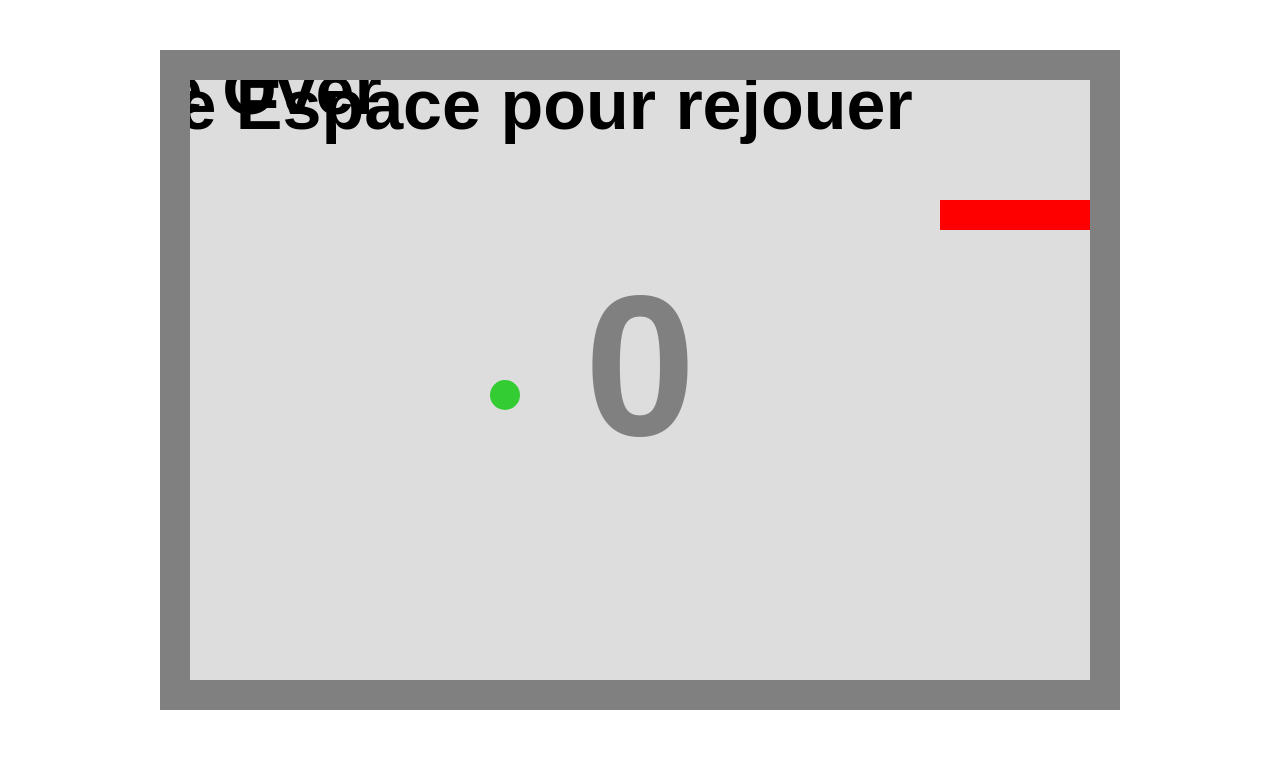
Repository: laben35/snake
Page: index.html
These files come from the project's save history. The page is drawn as it stood at one moment and after the next save; the edit follows.
The browser window is 1280 px wide. The pictures show the whole page.

Above is the page before, as saved 2019-12-08 19:09:49.

After the next save:
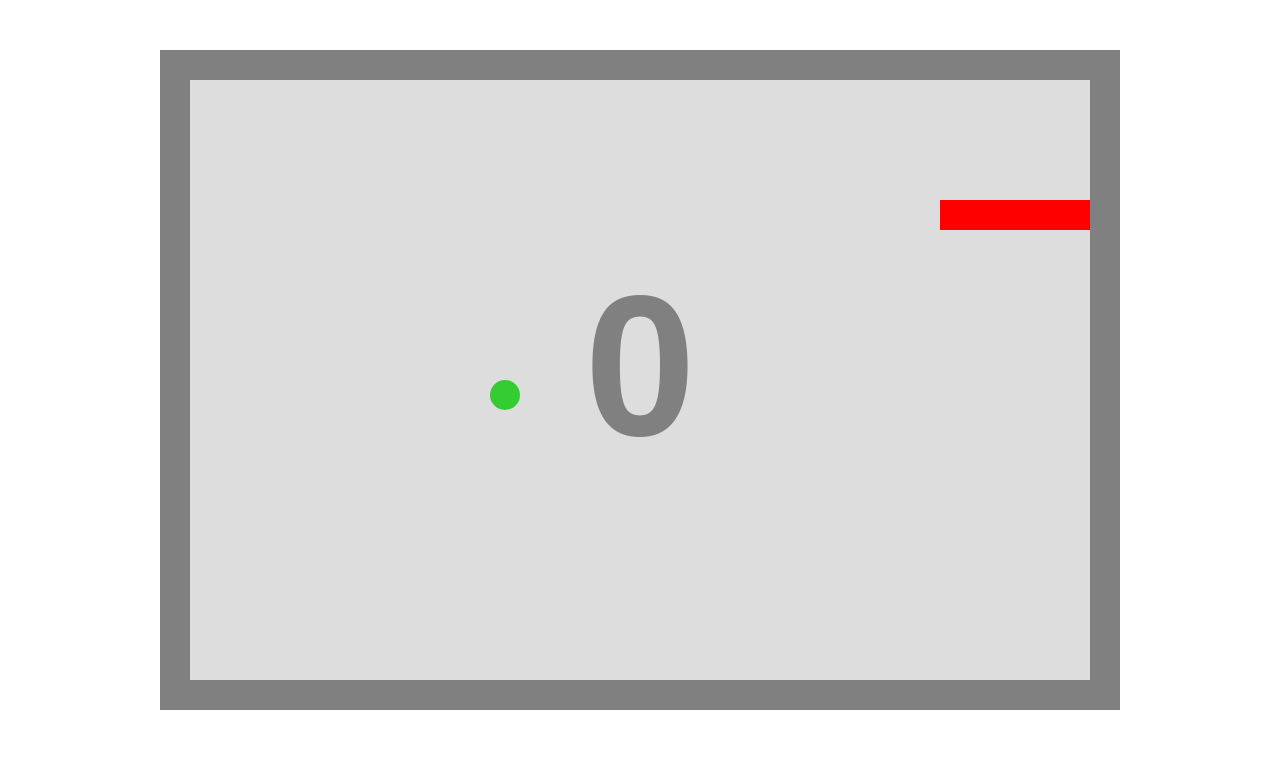
Console error: TypeError: ctx.str is not a function
Saved 13 s later.
--- a/script.js
+++ b/script.js
@@ -70,7 +70,7 @@
         ctx.lineWidth = 5;
         var centreX = canvasWidth / 2;
         var centreY = canvasHeight / 2;
-        ctx.fillText("Game Over", 5, 15);
+        ctx.str("Game Over", 5, 15);
         ctx.fillText("Appuyer sur la touche Espace pour rejouer", 5, 30);
         ctx.restore();
     }

After the save that followed:
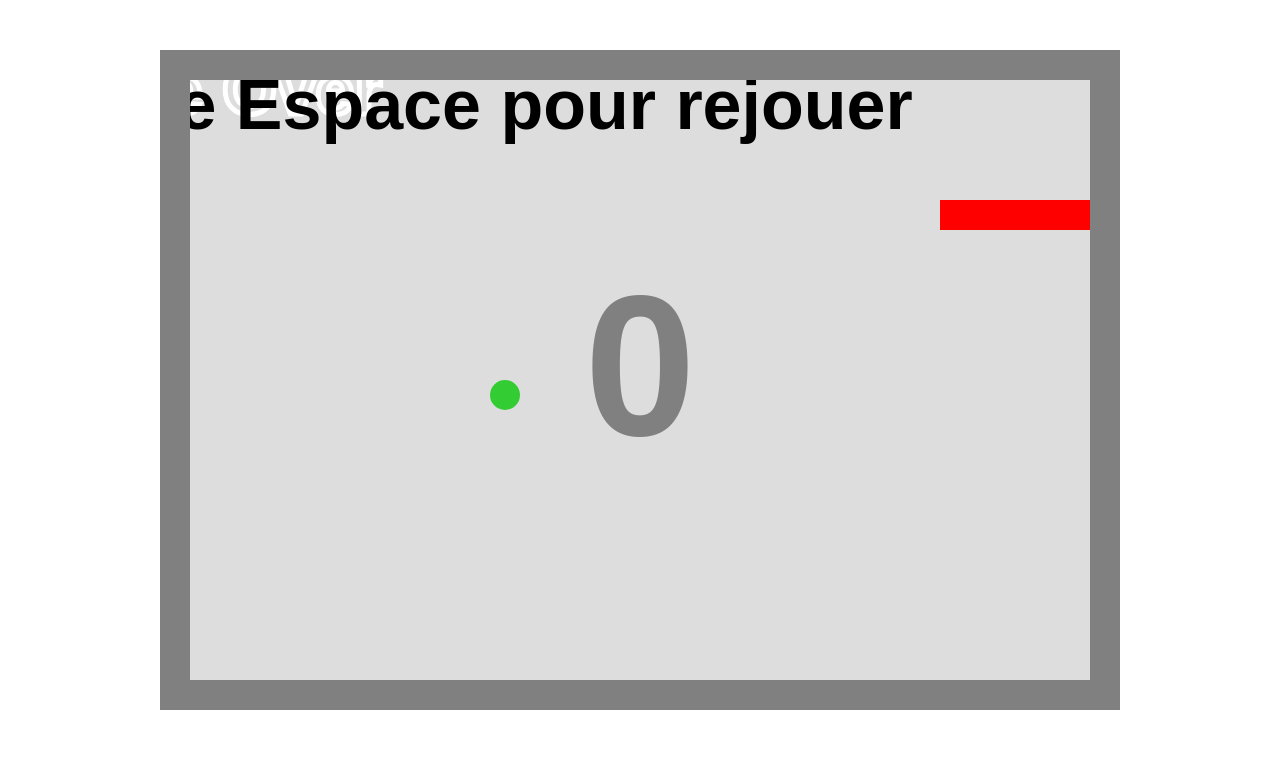
The error is gone.
Saved 18 s later.
--- a/script.js
+++ b/script.js
@@ -70,7 +70,7 @@
         ctx.lineWidth = 5;
         var centreX = canvasWidth / 2;
         var centreY = canvasHeight / 2;
-        ctx.str("Game Over", 5, 15);
+        ctx.strokeText("Game Over", 5, 15);
         ctx.fillText("Appuyer sur la touche Espace pour rejouer", 5, 30);
         ctx.restore();
     }
